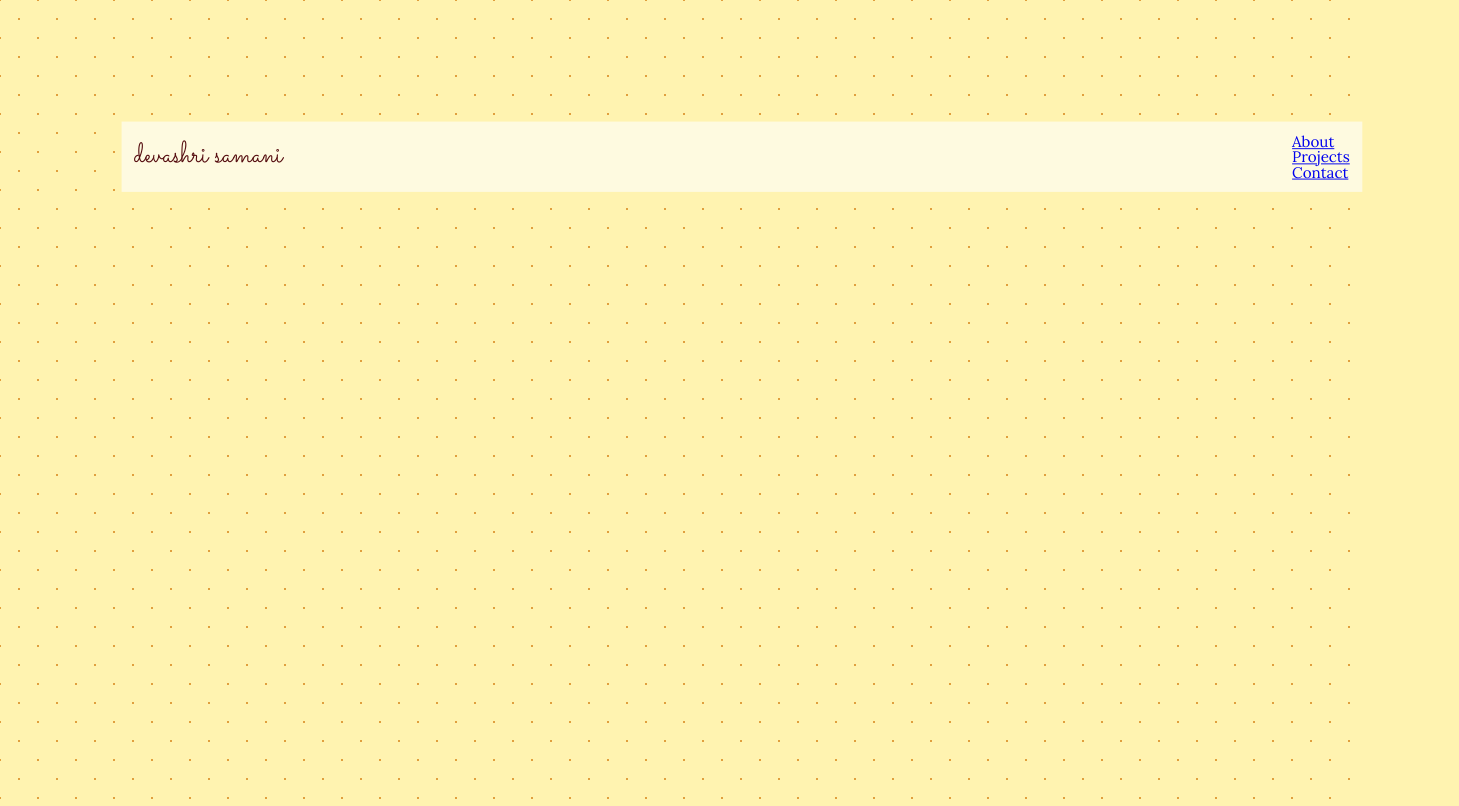
Repository: devashrisamani/devashrisamani.github.io
Page: index.html
An editor plug-in stored every save of this project. The page is shown before and after the next save, followed by the edit.
The browser window is 1280 px wide. The page is 1434 px wide, then 1536 px, so the pictures cover 1536 px, including what lies to the right of the window. The pictures show the whole page, at 95% of full size.

Above is the page before, as saved 2025-09-23 14:59:41.

### index.html
<!DOCTYPE html>
<html lang="en">
  <head>
    <meta charset="UTF-8" />
    <meta http-equiv="X-UA-Compatible" content="IE=edge" />
    <meta name="viewport" content="width=device-width, initial-scale=1.0" />
    <title>dev's portfolio</title>
    <link rel="preconnect" href="https://fonts.googleapis.com" />
    <link rel="preconnect" href="https://fonts.gstatic.com" crossorigin />
    <link
      href="https://fonts.googleapis.com/css2?family=Inter:ital,opsz,wght@0,14..32,100..900;1,14..32,100..900&family=Lora:ital,wght@0,400..700;1,400..700&family=Sacramento&display=swap"
      rel="stylesheet"
    />
    <link rel="stylesheet" href="/css/css_reset.css" />
    <link rel="stylesheet" href="/css/style.css" />
    <link rel="stylesheet" href="/css/base.css" />
    <link rel="stylesheet" href="/css/layout.css" />
    <link rel="stylesheet" href="/css/components.css" />
  </head>
  <body>
    <!-- Nav Bar -->
    <header class="portfolio-header">
      <a class="logo" href="index.html" aria-label="devashri samani logo">
        <h2>devashri samani</h2>
      </a>

      <nav id="navbar" class="nav" aria-label="Navigation Bar">
        <ul class="nav-list">
          <li class="nav-item"><a href="#about">About</a></li>
          <li class="nav-item"><a href="#projects">Projects</a></li>
          <li class="nav-item"><a href="#contact">Contact</a></li>
        </ul>
      </nav>
    </header>
    <!-- Content -->
    <main class="page container"></main>
  </body>
</html>

### css/css_reset.css
/* http://meyerweb.com/eric/tools/css/reset/
   v2.0 | 20110126
   License: none (public domain)
*/

html,
body,
div,
span,
applet,
object,
iframe,
h1,
h2,
h3,
h4,
h5,
h6,
p,
blockquote,
pre,
a,
abbr,
acronym,
address,
big,
cite,
code,
del,
dfn,
em,
img,
ins,
kbd,
q,
s,
samp,
small,
strike,
strong,
sub,
sup,
tt,
var,
b,
u,
i,
center,
dl,
dt,
dd,
ol,
ul,
li,
fieldset,
form,
label,
legend,
table,
caption,
tbody,
tfoot,
thead,
tr,
th,
td,
article,
aside,
canvas,
details,
embed,
figure,
figcaption,
footer,
header,
hgroup,
menu,
nav,
output,
ruby,
section,
summary,
time,
mark,
audio,
video {
  margin: 0;
  padding: 0;
  border: 0;
  font-size: 100%;
  font: inherit;
  vertical-align: baseline;
}
/* HTML5 display-role reset for older browsers */
article,
aside,
details,
figcaption,
figure,
footer,
header,
hgroup,
menu,
nav,
section {
  display: block;
}
body {
  line-height: 1;
}
ol,
ul {
  list-style: none;
}
blockquote,
q {
  quotes: none;
}
blockquote:before,
blockquote:after,
q:before,
q:after {
  content: "";
  content: none;
}
table {
  border-collapse: collapse;
  border-spacing: 0;
}

### css/style.css
/* CSS for Index Page */

:root {
  --font-sacramento: "Sacramento", cursive;
}

h2 {
  font-family: var(--font-sacramento);
}
body {
  margin: 0;
  padding: 0;
  min-height: 100vh;

  /* Background generated using - https://www.magicpattern.design/tools/css-backgrounds*/
  background-color: #fff3b0;
  background-image: radial-gradient(#e09f3e 1px, transparent 1px),
    radial-gradient(#e09f3e 1px, #fff3b0 1px);
  background-size: 40px 40px;
  background-position: 0 0, 20px 20px;
}

### css/base.css
/* Global Styles only */
/* Font Variables */
:root {
  --font-sacramento: "Sacramento", cursive;
  --font-lora: "Lora", serif;
  --font-inter: "Inter", serif;
}

/* Color Variables */
/* Change this as you go - along with the variable names and heading colors */

:root {
  /* --primary-color: #540b0e; */
  --secondary-color: #fefae0;
  --button-color-primary: #e09f3e; /* for buttons */
  --button-color-secondary: #fff3b0; /* for buttons */
  --heading-color-dark: #540b0e; /* for headings */
  --text-color-dark: #000814; /* for text */
  --text-color-light: #ffffff; /* for containers */
}
/* Background generated using - https://www.magicpattern.design/tools/css-backgrounds*/
body {
  margin: 0;
  padding: 0;
  min-height: 100vh;

  background-color: #fff3b0;
  background-image: radial-gradient(#e09f3e 1px, transparent 1px),
    radial-gradient(#e09f3e 1px, #fff3b0 1px);
  background-size: 40px 40px;
  background-position: 0 0, 20px 20px;
}

body {
  font-family: var(--font-lora);
  font-size: 100%;
}

h1 {
  font-family: var(--font-inter);
  font-size: 2.5rem;
  font-weight: 200;
  margin-top: 5%;
  margin-bottom: 3%;
  color: var(--heading-color-dark);
}

h2 {
  font-family: var(--font-sacramento);
  color: darkred;
  font-size: 2rem;
  font-weight: 400;
  margin-top: 3%;
  margin-bottom: 2%;
  color: var(--heading-color-dark);
}

h3 {
  font-size: 1.5rem;
  margin-top: 2%;
  margin-bottom: 2%;
  color: var(--text-color-dark);
}

h4 {
  font-size: 1.25rem;
  font-weight: 600;
  margin-top: 1%;
  margin-bottom: 1%;
}

p {
  font-size: 1.1rem;
  margin-top: 1%;
  margin-bottom: 1%;
  line-height: 1.2;
}

### css/layout.css
/* Portfolio Website Layout */

.page-container {
  width: 80%; /* 80% of the width of its parent element i.e. <body>*/
  margin: 2% auto;
}

header {
  width: 100%;
  padding: 1%;
  background-color: var(secondary-color);
}
header h2 {
  margin-top: 0;
  margin-bottom: 0;
}

.portfolio-header {
  background-color: var(--secondary-color);
  display: flex;
  justify-content: space-between;
  align-items: center;
  margin: 10%;
}
nav h2 {
  margin-top: 0;
  margin-bottom: 0;
}

### css/components.css
/* To Do: Add styles for buttons, cards, form, chips, dropdown for the section "Questions Employers often ask me"  */

.portfolio-header .logo {
  text-decoration: none;
}

After the next save:
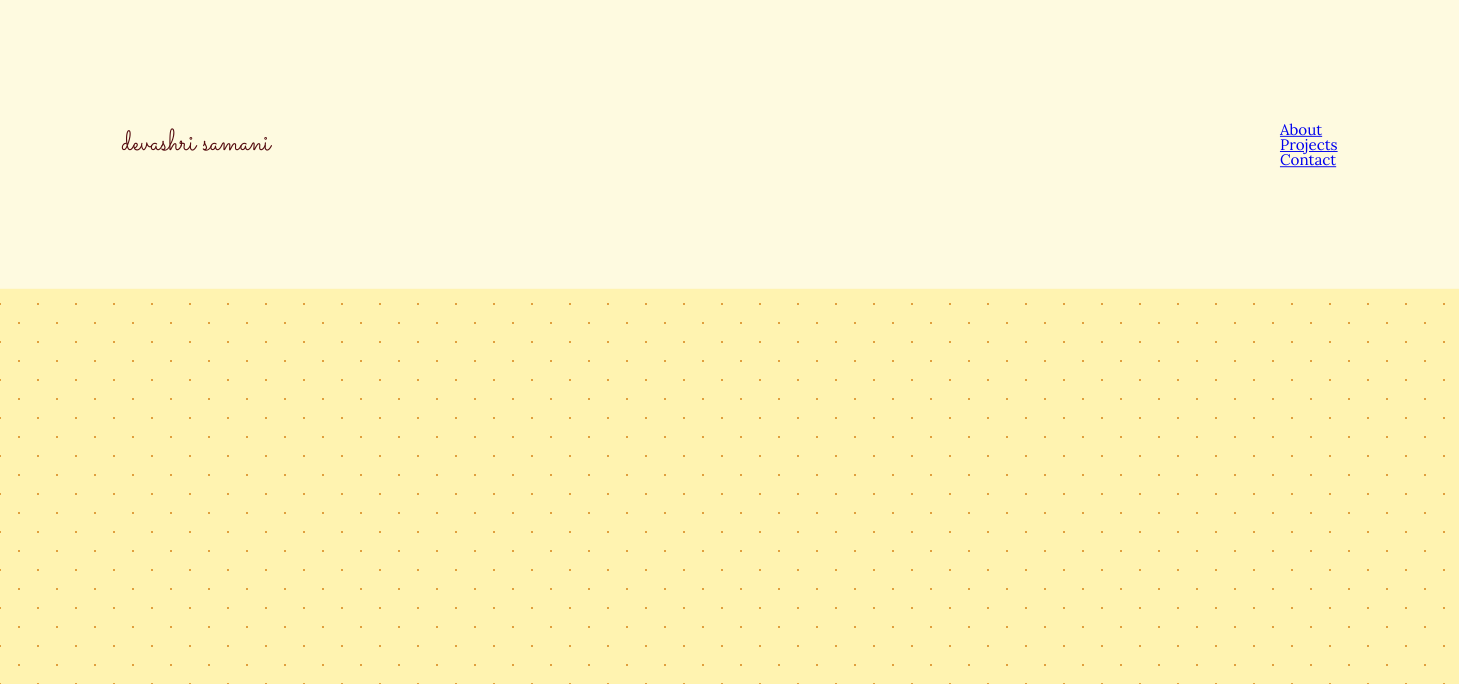
Saved 12 s later.
--- a/css/layout.css
+++ b/css/layout.css
@@ -20,7 +20,7 @@
   display: flex;
   justify-content: space-between;
   align-items: center;
-  margin: 10%;
+  padding: 10%;
 }
 nav h2 {
   margin-top: 0;
